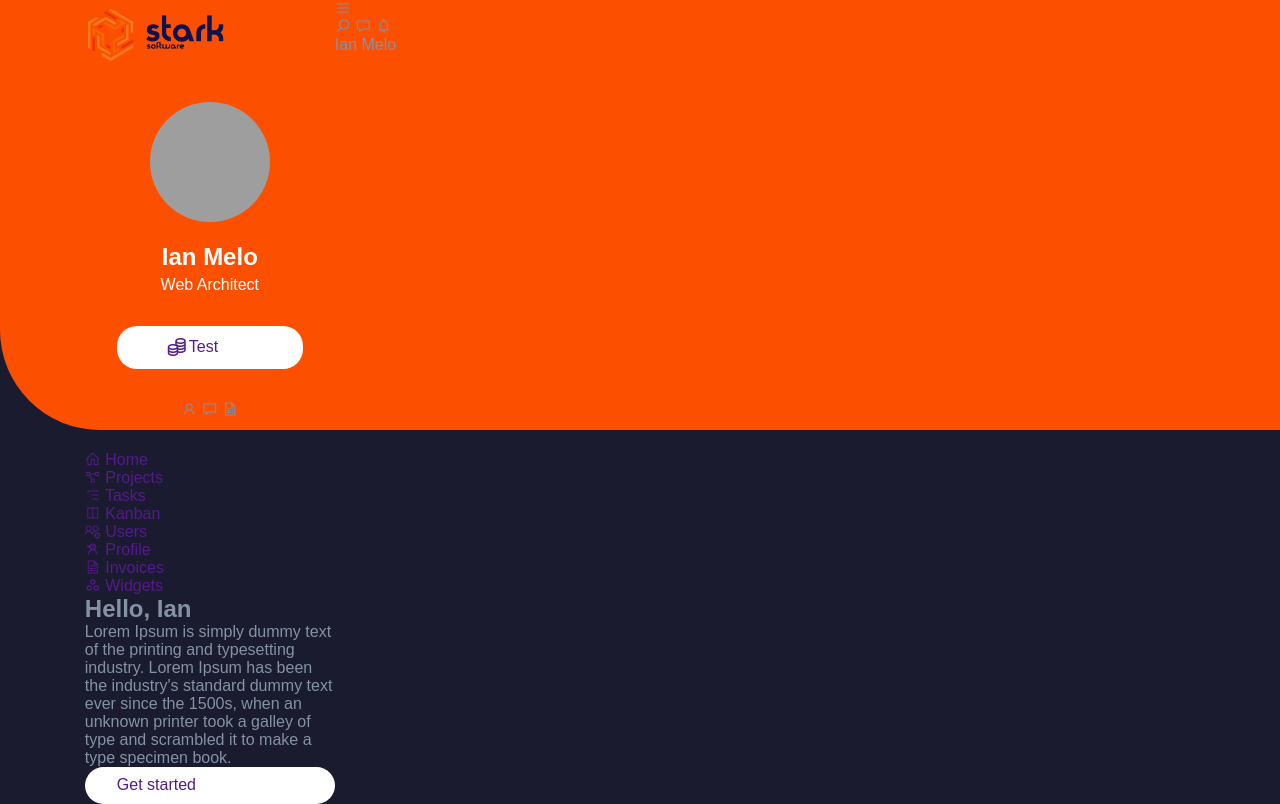
Repository: ichumbo/StarkDashboard
Page: index.html
An editor plug-in stored every save of this project. The page is shown before and after the next save, followed by the edit.
The browser window is 1280 px wide. The pictures show the whole page.
Pictures or frames that could not be fetched are drawn as grey boxes.

Above is the page before, as saved 2023-06-06 16:06:09.

### index.html
<!DOCTYPE html>
<html lang="pt-br">
<head>

    <meta charset="UTF-8">
    <meta http-equiv="X-UA-Compatible" content="IE=edge">
    <meta name="viewport" content="width=device-width, initial-scale=1.0">
    <title>Stark</title>
    <!--CSS-->
    <link rel="stylesheet" href="css/style.css">
    <!--Icons-->
    <link rel="stylesheet" href="https://maxst.icons8.com/vue-static/landings/line-awesome/font-awesome-line-awesome/css/all.min.css">
    <link rel="stylesheet" href="https://maxst.icons8.com/vue-static/landings/line-awesome/line-awesome/1.3.0/css/line-awesome.min.css">

</head>
<body>
    <div class="page-wrapper">
        <input type="checkbox" name="" id="menu-toggle">

        <div class="sidebar">
            <div class="brand">
                <img src="./img/whiteicon.png" alt="stark" class="icon-header">
            </div>

            <div class="profile-card">
                <div class="profile-img" style="background-image: url(img/6.jpg);"></div>
                <div class="profile-info">
                    <h2>Ian Melo</h2>
                    <small>Web Architect</small>
                </div>
                <div class="profile-action">
                    <a href="" class="btn btn-white">
                        <span class="las la-coins"></span>
                        Test
                    </a>
                </div>
                <div class="profile-icons">
                    <span class="las la-user"></span>
                    <span class="las la-comment-alt"></span>
                    <span class="las la-file-invoice"></span>
                </div>
            </div>

            <!--Menu-->

            <div class="sidebar-menu">
                <div class="menu-item">
                    <a href="">
                        <span class="las la-home"></span>
                        <span>Home</span>
                    </a>
                </div>

                <div class="menu-item">
                    <a href="">
                        <span class="las la-project-diagram"></span>
                        <span>Projects</span>
                    </a>
                </div>

                <div class="menu-item">
                    <a href="" class="action">
                        <span class="las la-tasks"></span>
                        <span>Tasks</span>
                    </a>
                </div>

                <div class="menu-item">
                    <a href="">
                        <span class="las la-columns"></span>
                        <span>Kanban</span>
                    </a>
                </div>

                <div class="menu-item">
                    <a href="">
                        <span class="las la-users-cog"></span>
                        <span>Users</span>
                    </a>
                </div>

                <div class="menu-item">
                    <a href="">
                        <span class="las la-user-ninja"></span>
                        <span>Profile</span>
                    </a>
                </div>

                <div class="menu-item">
                    <a href="">
                        <span class="las la-file-invoice"></span>
                        <span>Invoices</span>
                    </a>
                </div>

                <div class="menu-item">
                    <a href="">
                        <span class="las la-cogs"></span>
                        <span>Widgets</span>
                    </a>
                </div>

            </div>

            <!--Cards-->
            <div class="sidebar-card">
                <h2>Hello, Ian</h2>
                <p>Lorem Ipsum is simply dummy text of the printing and typesetting industry. Lorem Ipsum has been the industry's standard dummy text ever since the 1500s, when an unknown printer took a galley of type and scrambled it to make a type specimen book.
                </p>
                <a href="" class="btn btn-block btn-white">Get started</a>
            </div>
        </div>

        <!--Header-->
        <div class="main-content">
            <header>
                <label for="menu-toggle">
                    <span class="las la-bars"></span>
                </label>

                <div class="head-icons">
                    <span class="las la-search"></span>
                    <span class="las la-comment-alt"></span>
                    <span class="las la-bell"></span>
                    <div class="head-avartar">
                        <div class="avatar" style="background-image: url(img/1.jpeg)"></div>
                    </div>
                    <span>Ian Melo</span>
                </div>
            </header>

            <!--Main-->
            <main>

            </main>
        </div>
    </div>
</body>
</html>

### css/style.css
@import url(./global.css);
@import url(./color.css);
@import url(./sidebar.css);

/*------------------------------------------------------------------------------------------------------------------------------------------*/

#menu-toggle {
    display: none;
}

### css/global.css
@import url('https://fonts.googleapis.com');

* {
    font-family: 'Nunito', sans-serif;
    text-decoration: none;
    list-style-type: none;
    padding: 0;
    margin: 0;
    box-sizing: border-box;
}

body {
    color: var(--main-text);
    background: var(--color-dark);
}

.icon-header {
    width: 140px;
}

.btn {
    border: none;
    outline: none;
    border-radius: 20px;
    padding: .6rem 2rem;
    display: flex;
    align-items: center;
}

.btn-white {
    background: var(--color-white);
}

.btn span {
    font-size: 1.5rem;
    display: inline-block;
    margin-left: 1rem;
}

.page-wrapper {
    width: 93%;
    margin: auto;
    display: flex;
}

.page-wrapper::before {
    content: "";
    width: 100%;
    height: 430px;
    position: absolute;
    left: 0;
    top: 0;
    background: var(--color-main);
    z-index: -1;
    border-radius: 0px 0px 0px 100px;
}

### css/color.css
:root {
    --color-main: #FC4F00;
    --color-secondary: #FFB100;
    --color-dark: #1B1B2F;
    --bg-body: #F8F8FB;
    --color-white: #FFFFFF;
    --main-accent: #DC8449;
    --main-text: #8492A6;
    --success: #28A745;
    --danger: #DC3545;
    --shadow: rgba(0, 0, 0, 0.15) 0px 2px 8px;
}

### css/sidebar.css
.sidebar {
    width: 250px;
    margin-left: 40px;
}

.brand {
    height: 70px;
    display: flex;
    align-items: center;
}

.brand h3 {
    font-size: 1.8rem;
    color: var(--color-white);
}

/*-----------------------------------------------PROFILE----------------------------------------------*/

.profile-card {
    text-align: center;
    margin: 2rem 0rem;
}

.profile-img {
    height: 120px;
    width: 120px;
    border-radius: 50%;
    margin: auto;
    background-size: cover;
    background-repeat: no-repeat;
    margin-bottom: 1.3rem;
}

.profile-info {
    color: var(--color-white);
    margin-bottom: 1.5rem;
}

.profile-info h2 {
    margin-bottom: .3rem;
}

.profile-info small {
    font-size: 1rem;
}

.profile-action {
    margin: 2rem;
}

.profile-action a {
    margin-bottom: 2rem;
}

After the next save:
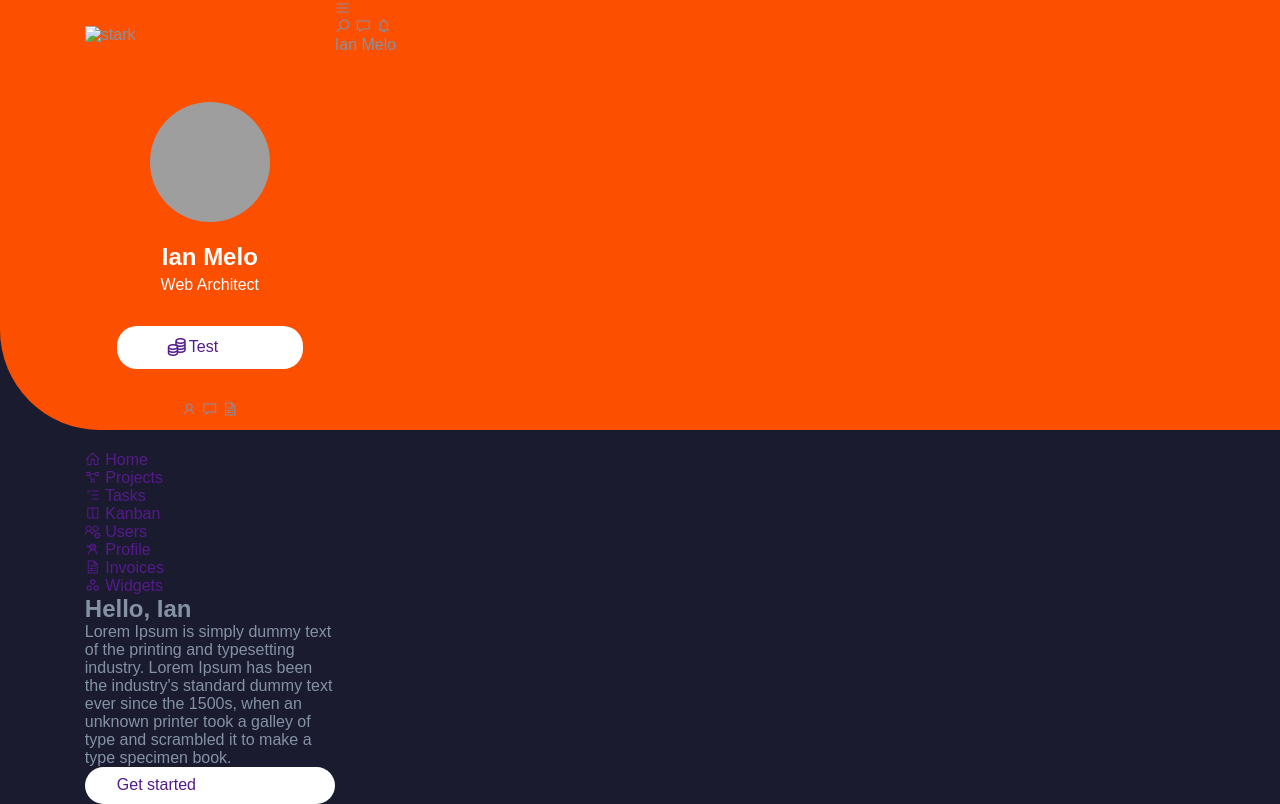
Not found: img/darkicon.png
Saved 10 min 17 s later.
--- a/index.html
+++ b/index.html
@@ -19,7 +19,7 @@
 
         <div class="sidebar">
             <div class="brand">
-                <img src="./img/whiteicon.png" alt="stark" class="icon-header">
+                <img src="./img/darkicon.png" alt="stark" class="icon-header">
             </div>
 
             <div class="profile-card">

After the save that followed:
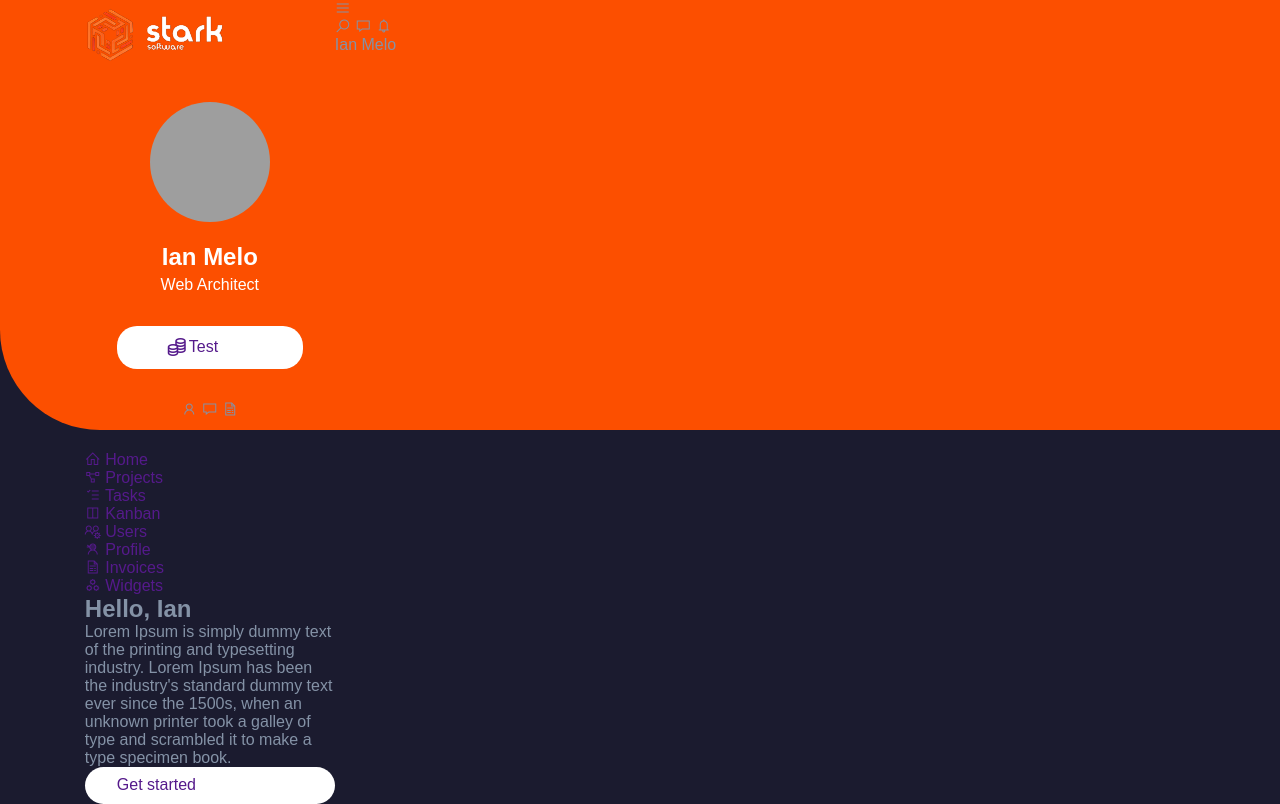
Saved 9 s later.
--- a/index.html
+++ b/index.html
@@ -19,7 +19,7 @@
 
         <div class="sidebar">
             <div class="brand">
-                <img src="./img/darkicon.png" alt="stark" class="icon-header">
+                <img src="./img/blackicon.png" alt="stark" class="icon-header">
             </div>
 
             <div class="profile-card">
